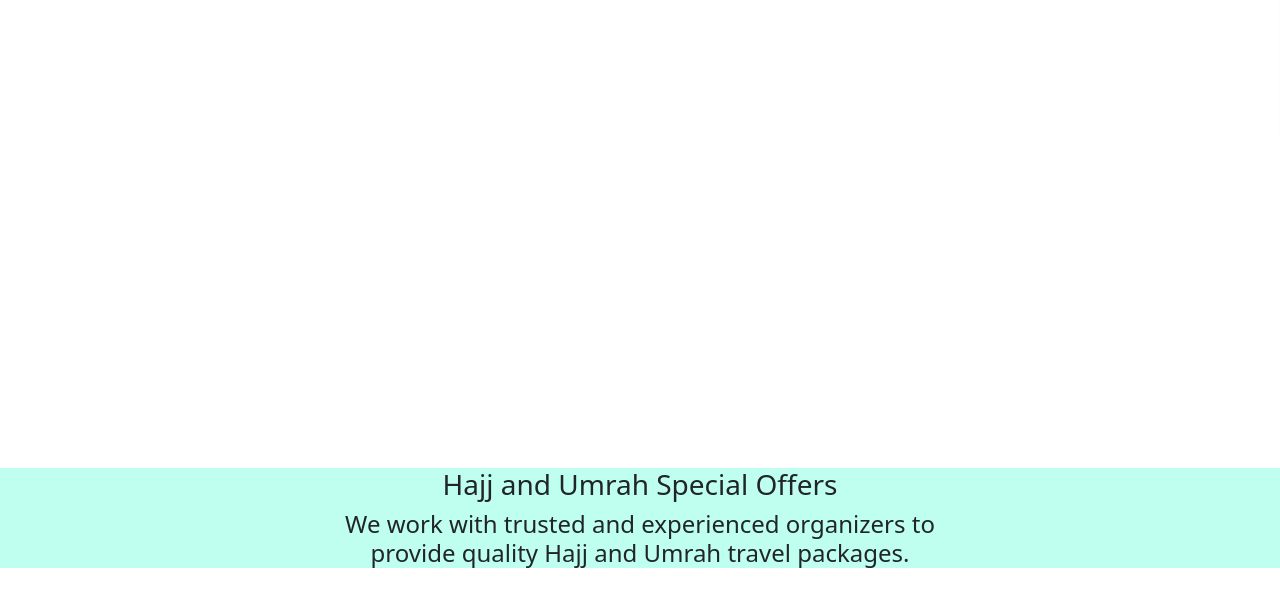
Repository: Putrabobi/Task7
Page: index.html
These files come from the project's save history. The page is drawn as it stood at one moment and after a run of saves; the edit follows.
The browser window is 1280 px wide. The pictures show the part of the page from y = 2053 to 2765 px (the page is 2669 px tall before and 2765 px after).
A picture or video elsewhere on the page could not be fetched, so the positions and the page height are approximate.

Above is the page before, as saved 2024-03-25 13:42:11.

After the next 2 saves:
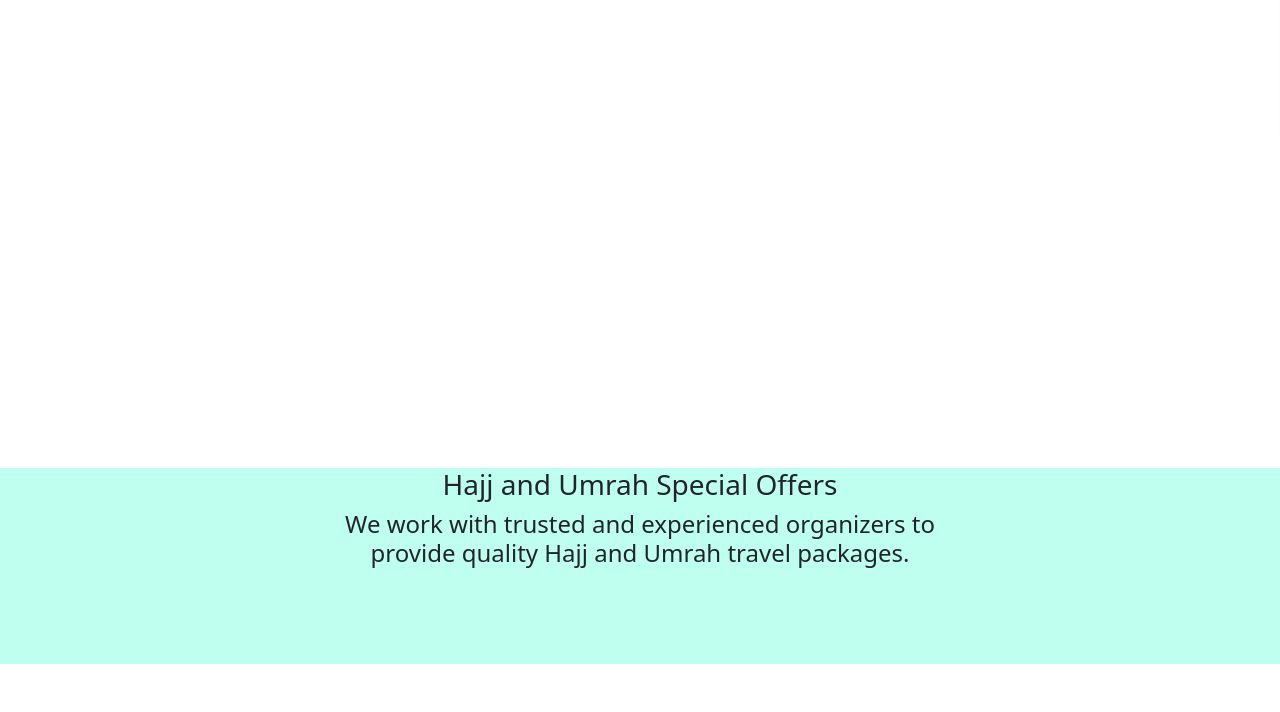
The 2 saves are shown as one change because they came seconds apart.
The last was saved 39 s later.
--- a/index.html
+++ b/index.html
@@ -115,7 +115,7 @@
         <h3>Hajj and Umrah Special Offers</h3>
         <h4>We work with trusted and experienced organizers to provide quality Hajj and Umrah travel packages.</h4>
     </div>
-    <div>
+    <div class="my-5 mx-5 px-5 pb-5 justify-content-center">
         <div>
 
         </div>
